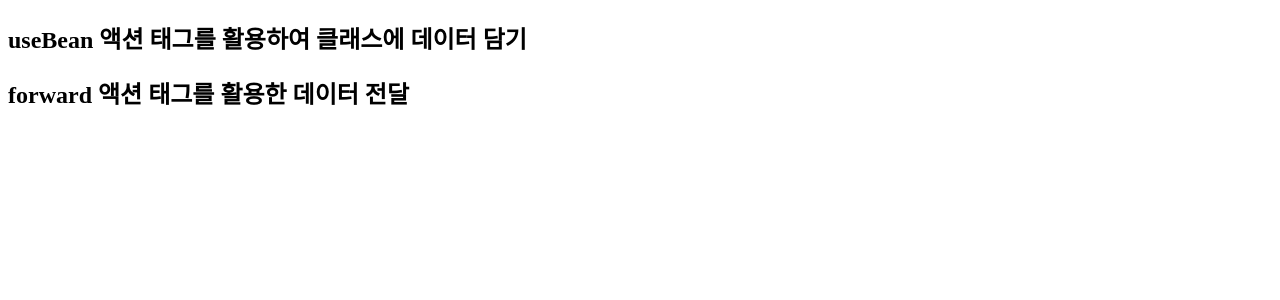
Repository: okgunyang/jsp
Page: http://localhost/practice02/07Human.jsp
An editor plug-in stored every save of this project. The page is shown before and after the next save, followed by the edit.
The browser window is 1280 px wide. The pictures show the whole page.
The page is served by Tomcat 9. Other server files are loaded and not shown.

Above is the page before, as saved 2022-11-10 06:56:24.

### practice02/WebContent/07Human.jsp
<%@ page language="java" contentType="text/html; charset=UTF-8"
    pageEncoding="UTF-8"%>
<!DOCTYPE html>
<html>
<head>
<meta charset="UTF-8">
<title>07Human - useBean 액션 태그를 활용하여 클래스에 데이터 담기</title>
</head>
<body>
<h2>useBean 액션 태그를 활용하여 클래스에 데이터 담기</h2>

<h2>forward 액션 태그를 활용한 데이터 전달</h2>
</body>
</html>

After the next save:
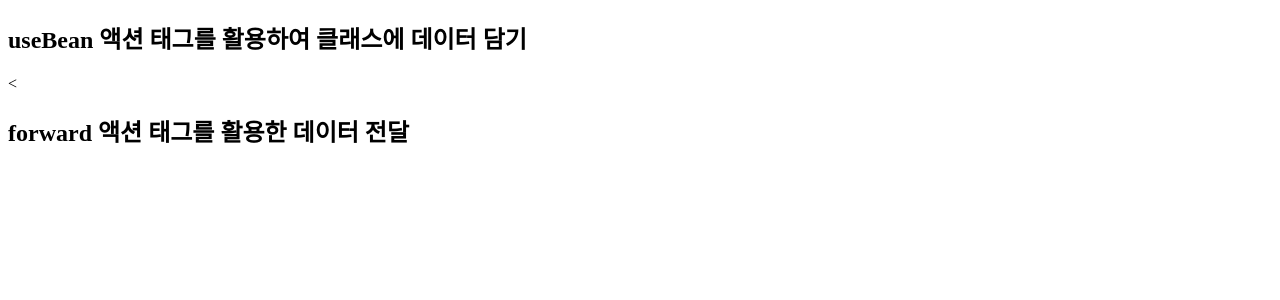
Saved 11 s later.
--- a/practice02/WebContent/07Human.jsp
+++ b/practice02/WebContent/07Human.jsp
@@ -8,7 +8,9 @@
 </head>
 <body>
 <h2>useBean 액션 태그를 활용하여 클래스에 데이터 담기</h2>
-
+<
+<%
+%>
 <h2>forward 액션 태그를 활용한 데이터 전달</h2>
 </body>
 </html>
